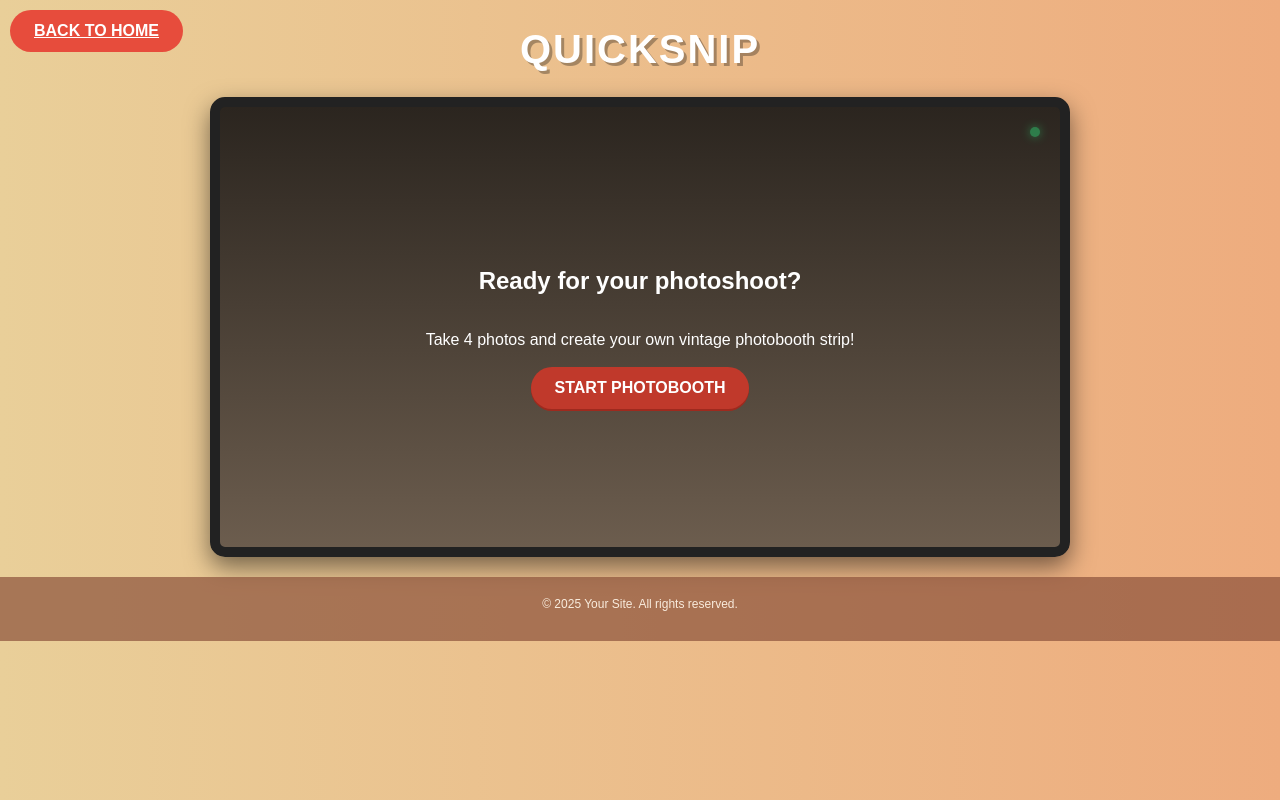
Repository: Strawb3rryjam/QuickSnip
Page: photobooth.html
The author's editor kept a copy of each file at every save. The page is drawn from the files as they stood at one save, then again after the next save.
The browser window is 1280 px wide. The pictures show the whole page.
The pointer rests on the first visible `button`.
Some web fonts or font styles are not loaded; a fallback is used.

Above is the page before, as saved 2025-05-09 11:58:43.

### photobooth.html
<!DOCTYPE html>
<html lang="en">

<head>
    <meta charset="UTF-8">
    <meta name="viewport" content="width=device-width, initial-scale=1.0">
    <title>Retro Photobooth</title>
    <link rel="stylesheet" href="styles.css">

    <!--Font-->
    <link rel="preconnect" href="https://fonts.googleapis.com">
    <link rel="preconnect" href="https://fonts.gstatic.com" crossorigin>
    <link href="https://fonts.googleapis.com/css2?family=Titan+One&display=swap" rel="stylesheet">
</head>

<body>
    <a href="index.html" id="home" class="button">Back to Home</a>


    <h1>QUICKSNIP</h1>
    <div class="container">
        <div class="retro-light"></div>

        <div class="start-screen" id="startScreen">

            <h2>Ready for your photoshoot?</h2>
            <p>Take 4 photos and create your own vintage photobooth strip!</p>
            <button id="startButton">Start Photobooth</button>
        </div>

        <div class="camera-container" id="cameraContainer">
            <video id="camera" autoplay playsinline></video>
            <div class="countdown" id="countdown"></div>
            <div class="flash" id="flash"></div>
            <div class="loading-message" id="loadingMessage">Initializing camera...</div>
        </div>



        <div class="controls" id="cameraControls" style="display: none;">
            <button id="captureButton">Take Photos</button>
        </div>

        <div class="photostrip-container" id="photostripContainer">
            <div class="photostrip" id="photostrip">
                <div class="photostrip-branding">QUICKSNIP</div>
            </div>

            <div class="editor-tools">
                <div>
                    <h3>Border Color</h3>
                    <div class="color-picker" id="colorPicker">
                        <div class="color selected" style="background-color: white;" data-color="white"></div>
                        <div class="color" style="background-color: #ffcc00;" data-color="#ffcc00"></div>
                        <div class="color" style="background-color: #ff6b6b;" data-color="#ff6b6b"></div>
                        <div class="color" style="background-color: #48dbfb;" data-color="#48dbfb"></div>
                        <div class="color" style="background-color: #1dd1a1;" data-color="#1dd1a1"></div>
                        <div class="color" style="background-color: #f368e0;" data-color="#f368e0"></div>
                        <div class="color" style="background-color: #ff9f43;" data-color="#ff9f43"></div>
                        <div class="color" style="background-color: black;" data-color="black"></div>
                    </div>
                </div>

                <div>
                    <h3>Add Stickers</h3>
                    <div class="stickers" id="stickerPicker">
                        <div class="sticker">⭐</div>
                        <div class="sticker">❤️</div>
                        <div class="sticker">🌈</div>
                        <div class="sticker">😎</div>
                        <div class="sticker">🎉</div>
                        <div class="sticker">✨</div>
                        <div class="sticker">💯</div>
                        <div class="sticker">🔥</div>
                        <div class="sticker">👑</div>
                        <div class="sticker">🦄</div>
                    </div>
                </div>

                <button id="downloadButton">Download Photostrip</button>
                <button id="resetButton">Take New Photos</button>
            </div>
        </div>
    </div>

    <footer id="copyright">
        © 2025 Your Site. All rights reserved.
    </footer>

    <script src="https://cdnjs.cloudflare.com/ajax/libs/html2canvas/1.4.1/html2canvas.min.js"></script>
    <script src="scripts.js"></script>
    <script src="https://cdnjs.cloudflare.com/ajax/libs/html2canvas/1.4.1/html2canvas.min.js"></script>

</body>

</html>

### styles.css


body {
  font-family: 'titan-one-regular', sans-serif;
  background-color: #f0f0f0;
  margin: 0;
  padding: 0;
  padding-bottom: 80px;
  display: flex;
  flex-direction: column;
  align-items: center;
  min-height: 100vh;
  background-image: linear-gradient(to right,#E9CF99, #EEAC7E);
  color: white;
  text-align: center;
}

h1 {
  font-family: 'titan-one-regular', sans-serif;
  letter-spacing: 2px;
  font-size: 2.5rem;
  text-shadow: 3px 3px 0px rgba(0, 0, 0, 0.3);
  margin-bottom: 5px;
}


.photobooth-exterior {
  position: relative;
  width: 100vw;
  height: 100vh;
  overflow: hidden;
  display: flex;
  justify-content: center;
  align-items: center;
}



.entrance {
  position: absolute;
  top: 0;
  left: 0;
  width: 100%;
  height: 100%;
  object-fit: cover;
  object-position: center;
  z-index: -1;
}




#curtain {
  position: absolute;
  width: 20vw; /* Responsive width */
  height: 428px; /* Let it scale proportionally */
  left: 50%; /* Center-ish position */
  top: 35%;  /* Adjust as needed */
  transform: translate(-30%, -14%); /* Centers the image on its position point */
  object-fit: contain;
  cursor: pointer;
  z-index: 1; /* Above entrance image */
}


#home {
  position: absolute;
  top: 0;
  left: 0;
  background-color: #e74c3c;
  color: white;
  border: none;
  padding: 12px 24px;
  font-size: 16px;
  border-radius: 30px;
  cursor: pointer;
  transition: all 0.3s;
  font-weight: bold;
  text-transform: uppercase;

  margin-top: 10px;
  margin-left: 10px;
}




#home:hover {
  background-color: #e60000;
}




.container {
  max-width: 800px;
  width: 95%;
  background-image: linear-gradient(to bottom, #2b251f,#6C5D4E);
  border-radius: 15px;
  padding: 20px;
  box-shadow: 0 10px 25px rgba(0, 0, 0, 0.5);
  margin: 20px 0;
  border: 10px solid #222;
  position: relative;
}

.start-screen {
  display: flex;
  flex-direction: column;
  align-items: center;
  justify-content: center;
  height: 400px;
}

.camera-container {
  position: relative;
  margin: 0 auto;
  width: 100%;
  max-width: 640px;
  border-radius: 8px;
  overflow: hidden;
  display: none;
}

#camera {
  width: 100%;
  height: auto;
  background-color: #222;
  border-radius: 8px;
  transform: scaleX(-1);
}

.controls {
  margin-top: 20px;
  display: flex;
  justify-content: center;
  flex-wrap: wrap;
  gap: 10px;
}

button {
  background-color: #e74c3c;
  color: white;
  border: none;
  padding: 12px 24px;
  font-size: 16px;
  border-radius: 30px;
  cursor: pointer;
  transition: all 0.3s;
  font-weight: bold;
  box-shadow: 0 4px 0 #c0392b;
  text-transform: uppercase;
}

button:hover {
  background-color: #c0392b;
  box-shadow: 0 2px 0 #9e2a1e;
  transform: translateY(2px);
}

button:active {
  transform: translateY(4px);
  box-shadow: none;
}

button:disabled {
  background-color: #999;
  box-shadow: none;
  cursor: not-allowed;
}

.countdown {
  position: absolute;
  top: 50%;
  left: 50%;
  transform: translate(-50%, -50%);
  font-size: 8rem;
  color: white;
  text-shadow: 0 0 10px #000;
  opacity: 0.8;
  display: none;
}

.flash {
  position: absolute;
  top: 0;
  left: 0;
  width: 100%;
  height: 100%;
  background-color: white;
  opacity: 0;
  transition: opacity 0.1s;
}

.photostrip-container {
  display: none;
  flex-direction: column;
  align-items: center;
  width: 100%;
}

.photostrip {
  display: flex;
  flex-direction: column;
  gap: 10px;
  background-color: white;
  padding: 20px;
  width: 240px;
  border-radius: 5px;
  box-shadow: 0 0 10px rgba(0,0,0,0.5);
  margin-bottom: 20px;
  position: relative;
}

.photostrip img {
  width: 100%;
  height: auto;
  border: 1px solid #ddd;
}

.photostrip-branding {
  color: #333;
  font-size: 12px;
  margin-top: 10px;
  text-align: center;
  font-family: 'Courier New', monospace;
}

.editor-tools {
  display: flex;
  flex-wrap: wrap;
  justify-content: center;
  gap: 10px;
  margin-top: 20px;
  width: 100%;
}

.color-picker {
  display: flex;
  flex-wrap: wrap;
  justify-content: center;
  gap: 5px;
  margin-bottom: 15px;
}

.color {
  width: 30px;
  height: 30px;
  border-radius: 50%;
  cursor: pointer;
  border: 2px solid transparent;
  transition: transform 0.2s;
}

.color:hover {
  transform: scale(1.2);
}

.color.selected {
  border: 2px solid white;
  box-shadow: 0 0 5px rgba(0,0,0,0.5);
}

.stickers {
  display: flex;
  flex-wrap: wrap;
  justify-content: center;
  gap: 10px;
  margin-bottom: 15px;
}

.sticker {
  font-size: 24px;
  cursor: pointer;
  background-color: rgba(255, 255, 255, 0.2);
  border-radius: 5px;
  padding: 5px;
  transition: transform 0.2s;
}

.sticker:hover {
  transform: scale(1.2);
}

.draggable-sticker {
  position: absolute;
  cursor: move;
  user-select: none;
  font-size: 24px;
}

.retro-light {
  position: absolute;
  width: 10px;
  height: 10px;
  background-color: #2ecc71;
  border-radius: 50%;
  top: 20px;
  right: 20px;
  box-shadow: 0 0 10px #2ecc71;
  animation: blink 2s infinite;
}

@keyframes blink {
  0%, 100% { opacity: 1; }
  50% { opacity: 0.4; }
}

.loading-message {
  font-size: 1.2rem;
  margin-bottom: 20px;
  animation: pulse 1.5s infinite;
}

@keyframes pulse {
  0%, 100% { opacity: 1; }
  50% { opacity: 0.5; }
}

#copyright {
  font-size: 12px;
  opacity: 0.7;
  text-align: center;
  background-color: #8C523B;
  padding: 20px 0 30px;
  width: 100%;
}


/* Photostrip printing animation */
@keyframes slideDown {
  0% {
    transform: translateY(-100%);
    filter: brightness(0);
  }
  30% {
    transform: translateY(0);
    filter: brightness(0);
  }
  100% {
    transform: translateY(0);
    filter: brightness(1);
  }
}

.photostrip {
  display: flex;
  flex-direction: column;
  gap: 10px;
  background-color: white;
  padding: 20px;
  width: 240px;
  border-radius: 5px;
  box-shadow: 0 0 10px rgba(0,0,0,0.5);
  margin-bottom: 20px;
  position: relative;
}

.photostrip.printing {
  animation: slideDown 3s ease-out forwards;
}

.photostrip.printing img {
  opacity: 0;
  animation: fadeIn 0.5s ease-out forwards;
}

/* Different delay for each photo to create sequential revealing effect */
.photostrip.printing img:nth-child(1) {
  animation-delay: 1.2s;
}

.photostrip.printing img:nth-child(2) {
  animation-delay: 1.7s;
}

.photostrip.printing img:nth-child(3) {
  animation-delay: 2.2s;
}

.photostrip.printing img:nth-child(4) {
  animation-delay: 2.7s;
}

.photostrip-branding.printing {
  opacity: 0;
  animation: fadeIn 0.5s ease-out forwards;
  animation-delay: 3s;
}

@keyframes fadeIn {
  from { opacity: 0; }
  to { opacity: 1; }
}

/* Printer sound effect styles */
.printer-sound {
  display: none;
}

/* Printing overlay effect */
.printing-overlay {
  position: fixed;
  top: 0;
  left: 0;
  width: 100%;
  height: 100%;
  background-color: rgba(0, 0, 0, 0.7);
  display: flex;
  justify-content: center;
  align-items: center;
  z-index: 1000;
  opacity: 0;
  pointer-events: none;
  transition: opacity 0.5s ease;
}

.printing-overlay.active {
  opacity: 1;
  pointer-events: auto;
}

.printing-message {
  font-size: 2rem;
  color: white;
  text-align: center;
  animation: pulse 1.5s infinite;
}

### scripts.js
document.addEventListener("DOMContentLoaded", () => {
  // DOM Elements
  const curtain = document.getElementById("curtain");

  if (curtain) {
    const frames = [
      "assets/curtain1.svg",
      "assets/curtain2.svg",
      "assets/curtain3.svg",
      "assets/curtain4.svg",
    ];

    let interval = 0;

    function animateCurtain(forward = true) {
      let index = forward ? 0 : frames.length - 1;
      clearInterval(interval);
      interval = setInterval(() => {
        curtain.src = frames[index];
        index = forward ? index + 1 : index - 1;
        if (index < 0 || index >= frames.length) clearInterval(interval);
      }, 100);
    }

    curtain.addEventListener("mouseenter", () => animateCurtain(true));
    curtain.addEventListener("mouseleave", () => animateCurtain(false));

    // 👉 Navigate to photobooth.html on click
    curtain.addEventListener("click", () => {
      window.location.href = "photobooth.html";
    });
  } else {
    console.error("Curtain element not found!");
  }

  // back to home button
  const homeButton = document.getElementById("home");
  if (homeButton) {
    homeButton.addEventListener("click", () => {
      window.location.href = "index.html";
    });
  }

  const startScreen = document.getElementById("startScreen");
  const cameraContainer = document.getElementById("cameraContainer");
  const camera = document.getElementById("camera");
  const captureButton = document.getElementById("captureButton");
  const startButton = document.getElementById("startButton");
  const cameraControls = document.getElementById("cameraControls");
  const countdown = document.getElementById("countdown");
  const flash = document.getElementById("flash");
  const photostripContainer = document.getElementById("photostripContainer");
  const photostrip = document.getElementById("photostrip");
  const downloadButton = document.getElementById("downloadButton");
  const resetButton = document.getElementById("resetButton");
  const colorPicker = document.getElementById("colorPicker");
  const stickerPicker = document.getElementById("stickerPicker");
  const loadingMessage = document.getElementById("loadingMessage");

  // App State
  let stream = null;
  let photosTaken = 0;
  const maxPhotos = 4;
  let photoElements = [];
  let isCountingDown = false;

  // Start the photobooth
  if (startButton) {
    startButton.addEventListener("click", initCamera);
  }

  // Initialize the camera
  async function initCamera() {
    startScreen.style.display = "none";
    cameraContainer.style.display = "block";

    try {
      stream = await navigator.mediaDevices.getUserMedia({
        video: {
          facingMode: "user",
          width: { ideal: 640 },
          height: { ideal: 480 },
        },
        audio: false,
      });

      camera.srcObject = stream;
      loadingMessage.style.display = "none";
      cameraControls.style.display = "flex";
      captureButton.addEventListener("click", startPhotoSequence);
    } catch (err) {
      loadingMessage.textContent = "Camera access denied or not available :(";
      console.error("Error accessing camera:", err);
    }
  }

  // Start the photo taking sequence
  function startPhotoSequence() {
    if (isCountingDown) return;

    isCountingDown = true;
    captureButton.disabled = true;
    startCountdown();
  }

  // Display countdown before taking photo
  function startCountdown() {
    let count = 3;
    countdown.textContent = count;
    countdown.style.display = "block";

    const countInterval = setInterval(() => {
      count--;

      if (count > 0) {
        countdown.textContent = count;
      } else {
        clearInterval(countInterval);
        countdown.style.display = "none";
        takePhoto();
      }
    }, 1000);
  }

  // Take a photo
  function takePhoto() {
    // Create flash effect
    flash.style.opacity = "0.8";
    setTimeout(() => {
      flash.style.opacity = "0";
    }, 100);

    // Create the canvas to capture the photo
    const canvas = document.createElement("canvas");
    const context = canvas.getContext("2d");

    // Set canvas dimensions to match the video
    canvas.width = camera.videoWidth;
    canvas.height = camera.videoHeight;

    // Draw the video frame on the canvas, flip horizontally
    context.translate(canvas.width, 0);
    context.scale(-1, 1);
    context.drawImage(camera, 0, 0, canvas.width, canvas.height);

    // Convert canvas to image
    const imgUrl = canvas.toDataURL("image/jpeg");

    // Add to photostrip
    photosTaken++;
    const photoElement = document.createElement("img");
    photoElement.src = imgUrl;
    photoElement.alt = `Photo ${photosTaken}`;
    photoElements.push(photoElement);

    // Check if we need to take more photos
    if (photosTaken < maxPhotos) {
      // Wait before next photo
      setTimeout(() => {
        isCountingDown = false;
        startCountdown();
      }, 1000);
    } else {
      // We're done taking photos
      finishPhotoSession();
    }
  }

  // Finish photo session and show the photostrip
  function finishPhotoSession() {
    // Stop camera
    if (stream) {
      stream.getTracks().forEach((track) => track.stop());
      stream = null;
    }

    // Hide camera UI
    cameraContainer.style.display = "none";
    cameraControls.style.display = "none";

    // Show printing overlay
    const printingOverlay = document.createElement("div");
    printingOverlay.className = "printing-overlay active";

    const printingMessage = document.createElement("div");
    printingMessage.className = "printing-message";
    printingMessage.textContent = "Printing your photos...";

    printingOverlay.appendChild(printingMessage);
    document.body.appendChild(printingOverlay);

    // Play printer sound
    const printerSound = document.getElementById("printerSound");
    if (printerSound) {
      printerSound.play();
    } else {
      // Fallback if the element doesn't exist in HTML
      const audioElement = document.createElement("audio");
      audioElement.className = "printer-sound";
      audioElement.src = "assets/printer-sound.mp3";
      audioElement.autoplay = true;
      document.body.appendChild(audioElement);
    }

    // Show photostrip container
    photostripContainer.style.display = "flex";

    // Add the printing class to photostrip
    photostrip.classList.add("printing");

    // Add printing class to branding
    const branding = photostrip.querySelector(".photostrip-branding");
    if (branding) {
      branding.classList.add("printing");
    }

    // Add photos to photostrip with a delay for the animation
    setTimeout(() => {
      for (let i = 0; i < photoElements.length; i++) {
        photostrip.appendChild(photoElements[i]);
      }

      // Remove the overlay after the animation completes
      setTimeout(() => {
        printingOverlay.classList.remove("active");
        setTimeout(() => {
          printingOverlay.remove();
          if (document.querySelector(".printer-sound")) {
            document.querySelector(".printer-sound").remove();
          }
        }, 500);
      }, 3200); // slightly longer than our animation

      // Initialize the editing tools
      initEditingTools();
    }, 300);
  }

  // Initialize editing tools for photostrip
  function initEditingTools() {
    // Color picker functionality
    if (colorPicker) {
      colorPicker.querySelectorAll(".color").forEach((colorEl) => {
        colorEl.addEventListener("click", () => {
          // Remove selected class from all colors
          colorPicker.querySelectorAll(".color").forEach((el) => {
            el.classList.remove("selected");
          });

          // Add selected class to clicked color
          colorEl.classList.add("selected");

          // Apply color to photostrip
          const selectedColor = colorEl.getAttribute("data-color");
          photostrip.style.backgroundColor = selectedColor;
        });
      });
    }

    // Sticker functionality
    if (stickerPicker) {
      stickerPicker.querySelectorAll(".sticker").forEach((stickerEl) => {
        stickerEl.addEventListener("click", () => {
          addSticker(stickerEl.textContent);
        });
      });
    }

    // Download button
    if (downloadButton) {
      downloadButton.addEventListener("click", downloadPhotostrip);
    }

    // Reset button
    if (resetButton) {
      resetButton.addEventListener("click", resetPhotobooth);
    }
  }

  // Add a draggable sticker to the photostrip
  function addSticker(emoji) {
    const sticker = document.createElement("div");
    sticker.classList.add("draggable-sticker");
    sticker.textContent = emoji;
    sticker.style.left = "50%";
    sticker.style.top = "50%";
    sticker.style.transform = "translate(-50%, -50%)";
    photostrip.appendChild(sticker);

    // Make sticker draggable
    let isDragging = false;
    let offsetX, offsetY;

    sticker.addEventListener("mousedown", (e) => {
      isDragging = true;
      const rect = sticker.getBoundingClientRect();
      offsetX = e.clientX - rect.left;
      offsetY = e.clientY - rect.top;
      sticker.style.zIndex = "1000";
    });

    document.addEventListener("mousemove", (e) => {
      if (!isDragging) return;

      const photoRect = photostrip.getBoundingClientRect();
      const x = e.clientX - photoRect.left - offsetX;
      const y = e.clientY - photoRect.top - offsetY;

      sticker.style.left = `${x}px`;
      sticker.style.top = `${y}px`;
      sticker.style.transform = "none";
    });

    document.addEventListener("mouseup", () => {
      isDragging = false;
      sticker.style.zIndex = "999";
    });

    // Touch support for mobile
    sticker.addEventListener("touchstart", (e) => {
      isDragging = true;
      const touch = e.touches[0];
      const rect = sticker.getBoundingClientRect();
      offsetX = touch.clientX - rect.left;
      offsetY = touch.clientY - rect.top;
      sticker.style.zIndex = "1000";
      e.preventDefault();
    });

    document.addEventListener("touchmove", (e) => {
      if (!isDragging) return;

      const touch = e.touches[0];
      const photoRect = photostrip.getBoundingClientRect();
      const x = touch.clientX - photoRect.left - offsetX;
      const y = touch.clientY - photoRect.top - offsetY;

      sticker.style.left = `${x}px`;
      sticker.style.top = `${y}px`;
      sticker.style.transform = "none";
      e.preventDefault();
    });

    document.addEventListener("touchend", () => {
      isDragging = false;
      sticker.style.zIndex = "999";
    });
  }

  // Download the photostrip
  function downloadPhotostrip() {
    // Remove printing class if it exists
    photostrip.classList.remove("printing");

    // Get all stickers to make sure they're included in the download
    const stickers = photostrip.querySelectorAll(".draggable-sticker");
    stickers.forEach((sticker) => {
      sticker.style.position = "absolute"; // Ensure position is maintained in screenshot
    });

    html2canvas(photostrip).then((canvas) => {
      const link = document.createElement("a");
      link.download = "retro-photostrip.jpg";
      link.href = canvas.toDataURL("image/jpeg", 0.8);
      link.click();
    });
  }

  // Reset the photobooth to start again
  function resetPhotobooth() {
    // Reset counters and arrays
    photosTaken = 0;
    photoElements = [];

    // Clear the photostrip
    const photos = photostrip.querySelectorAll("img");
    const stickers = photostrip.querySelectorAll(".draggable-sticker");

    photos.forEach((photo) => photo.remove());
    stickers.forEach((sticker) => sticker.remove());

    // Remove printing classes
    photostrip.classList.remove("printing");
    const branding = photostrip.querySelector(".photostrip-branding");
    if (branding) {
      branding.classList.remove("printing");
    }

    // Reset photostrip color
    photostrip.style.backgroundColor = "white";
    colorPicker.querySelectorAll(".color").forEach((el) => {
      el.classList.remove("selected");
    });
    colorPicker.querySelector('[data-color="white"]').classList.add("selected");

    // Hide photostrip and show start screen
    photostripContainer.style.display = "none";
    startScreen.style.display = "flex";

    // Reset buttons
    captureButton.disabled = false;
    isCountingDown = false;
  }
});

After the next save:
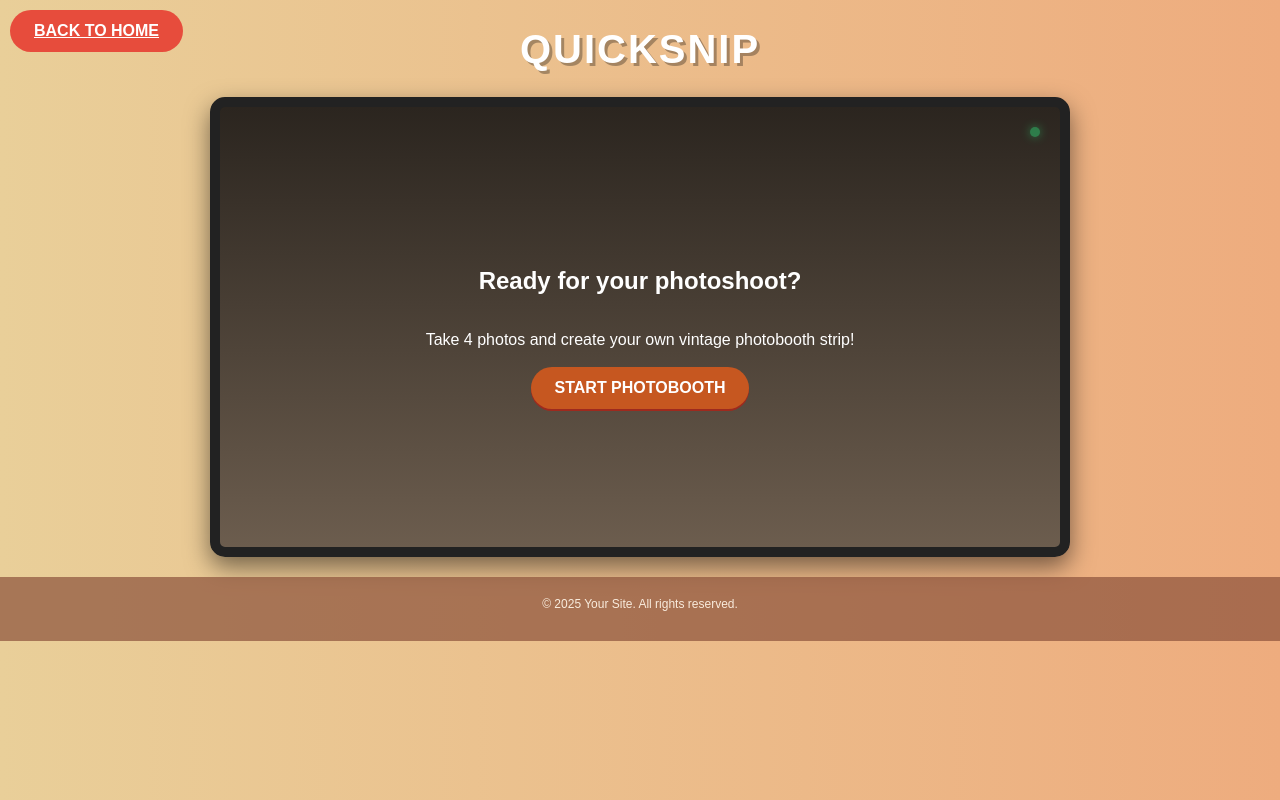
Saved 8 h 31 min later.
--- a/styles.css
+++ b/styles.css
@@ -153,7 +153,7 @@ button {
 }
 
 button:hover {
-  background-color: #c0392b;
+  background-color: #c65720;
   box-shadow: 0 2px 0 #9e2a1e;
   transform: translateY(2px);
 }
